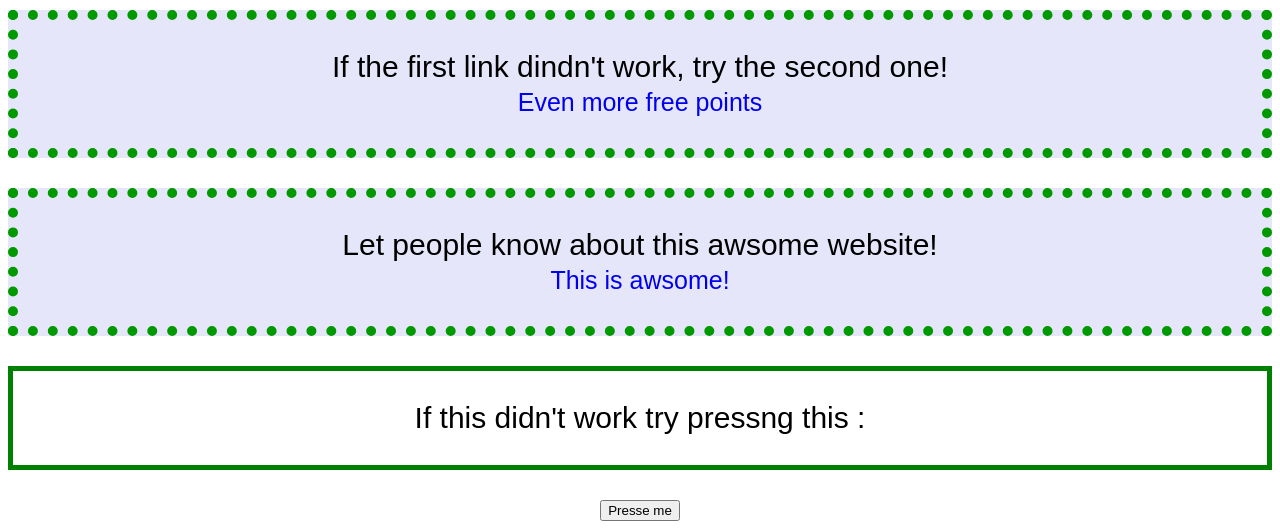
Repository: CountryFalls/POEfansite
Page: index.html
The author's editor kept a record of every edit. The page is drawn from the files as they stood at one moment, then again after the next edit.
The browser window is 1280 px wide. The pictures show the part of the page from y = 558 to 1087 px (the page is 1087 px tall before and 1058 px after).
A picture or video elsewhere on the page could not be fetched, so the positions and the page height are approximate.

Above is the page before.

### index.html
<!DOCTYPE html>
<html>
<head>
    <title>
        Path of Exile clickbait</title>
        <link rel="stylesheet" type="text/css" href="jacobo/styles.css">
        <style>
p {
    color: Black;
    font-size: 30px;
    border: 5px solid green;
    padding: 30px;
    font-family: Arial;
}

a {
    text-decoration: none;
    font-size: 25px;
}

div {
    text-align: center;
  }

.link-sections {
    background-color: lavender;
    }

.link-sections p {
    border: 10px dotted #009900;
}

.link-section a {
    color : forestgreen;
}
img {
    max-width: 1000px;
}
        </style>
</head>
<body>
    <div>
        <img src="https://cdn.flickeringmyth.com/wp-content/uploads/2017/12/Path-of-Exile-logo.jpg"/>
        <p>
           Hello! Here are some free points for POE mtx.
           <br>
           Just click the link below!
        </p>
         <a href="https://www.pathofexile.com/account/create" target="_blank">Get free points</a>
    </div>
     <div class="link-sections">
        <p>
          If the first link dindn't work, try the second one!
          <br>
                    <a href="http://store.steampowered.com/app/238960/Path_of_Exile" target="_blank">Even more free points</a>
        </p>
    </div>
     <div class="link-sections">
        <p>
           Let people know about this awsome website!
           <br>
            <a href="https://www.reddit.com/r/pathofexile/" target="_blank">This is awsome!</a>
        </p>
    </div>
     </div>
     <div>
        <p id="helloText">If this didn't work try pressng this : </p>
        <button id="myButton">Presse me</button>
    </div>
    <scrip>

    </scrip>
</body>
</html>

Loaded but not shown: styles.css (no copy from this time; the picture is the same without it)

After the next edit:
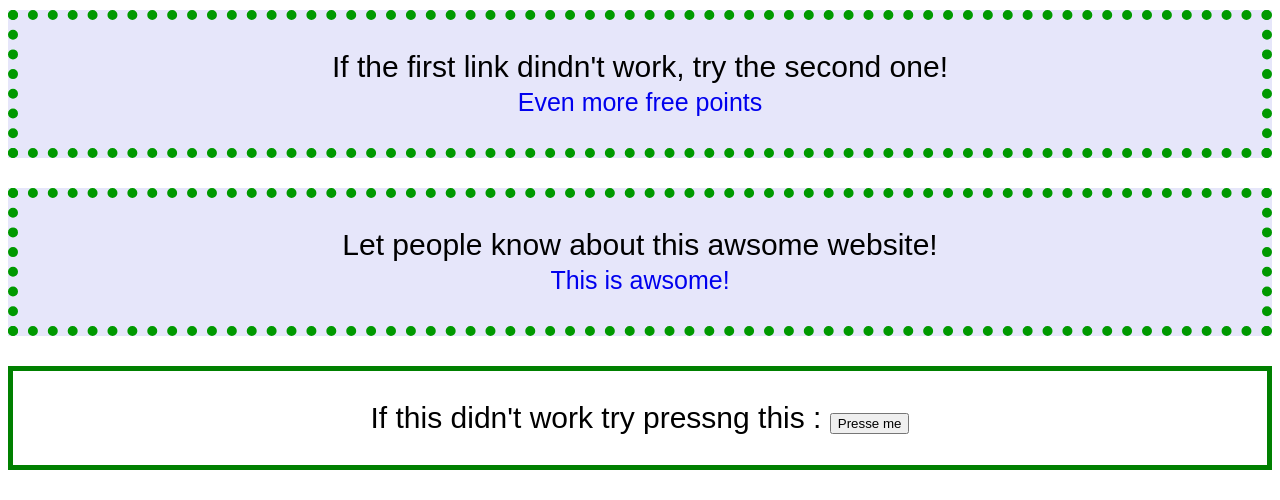
The edit:
--- a/index.html
+++ b/index.html
@@ -64,8 +64,8 @@
     </div>
      </div>
      <div>
-        <p id="helloText">If this didn't work try pressng this : </p>
-        <button id="myButton">Presse me</button>
+        <p id="helloText">If this didn't work try pressng this : <button id="myButton">Presse me</button></p>
+
     </div>
     <scrip>
 
